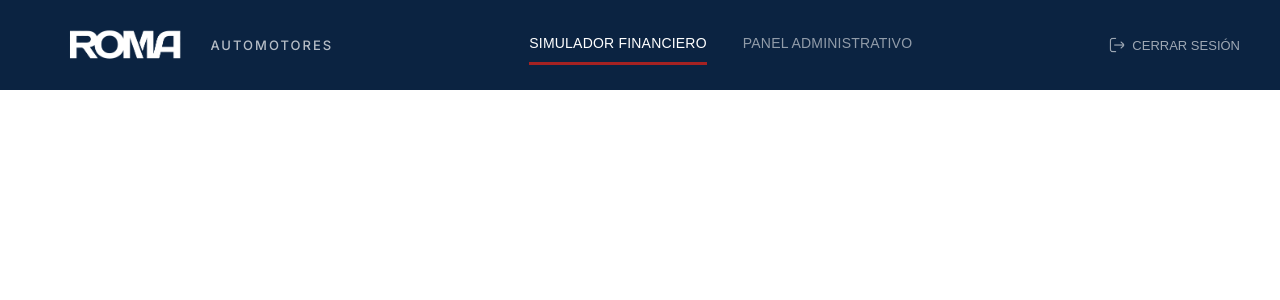
Repository: PPIII-9-012/Roma-System
Page: public/index.html
These files come from the project's save history. The page is drawn as it stood at one moment and after the next save; the edit follows.
The browser window is 1280 px wide. The pictures show the whole page.

Above is the page before, as saved 2026-08-22 12:43:44.

After the next save:
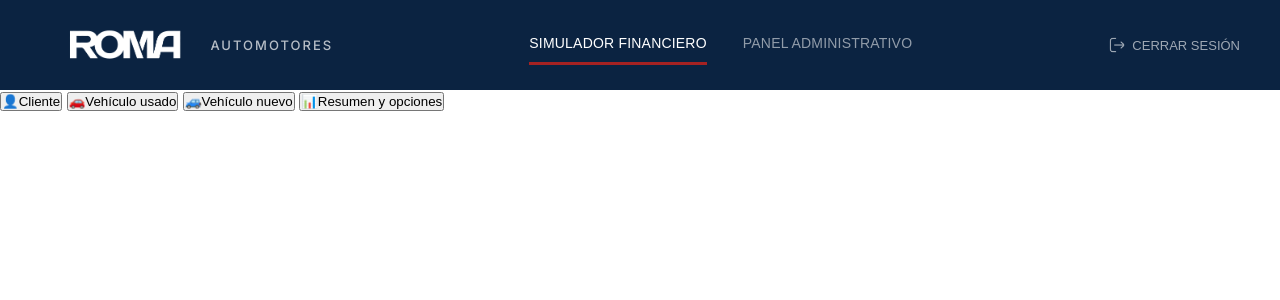
Saved 6 min 19 s later.
--- a/public/index.html
+++ b/public/index.html
@@ -168,7 +168,12 @@
 
 <div class="app">
     <div class="main-col">
-
+    <div class="progress-tabs">
+        <button class="progress-tab active" data-target="sec-cliente">👤<span>Cliente</span></button>
+        <button class="progress-tab" data-target="sec-usado">🚗<span>Vehículo usado</span></button>
+        <button class="progress-tab" data-target="sec-nuevo">🚙<span>Vehículo nuevo</span></button>
+        <button class="progress-tab" data-target="sec-opciones">📊<span>Resumen y opciones</span></button>
+    </div>
     </div>
 </div>
 
